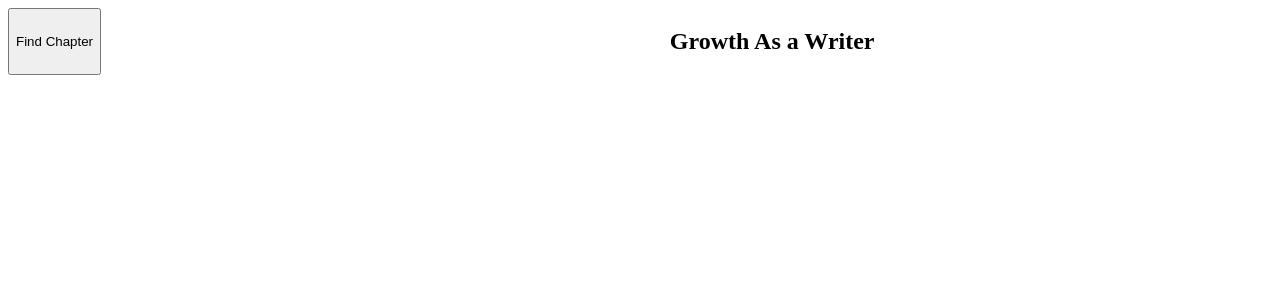
Repository: jpaisiem/WP-4
Page: index.html
The author's editor kept a copy of each file at every save. The page is drawn from the files as they stood at one save, then again after the next save.
The browser window is 1280 px wide. The pictures show the whole page.

Above is the page before, as saved 2025-04-29 11:50:31.

After the next save:
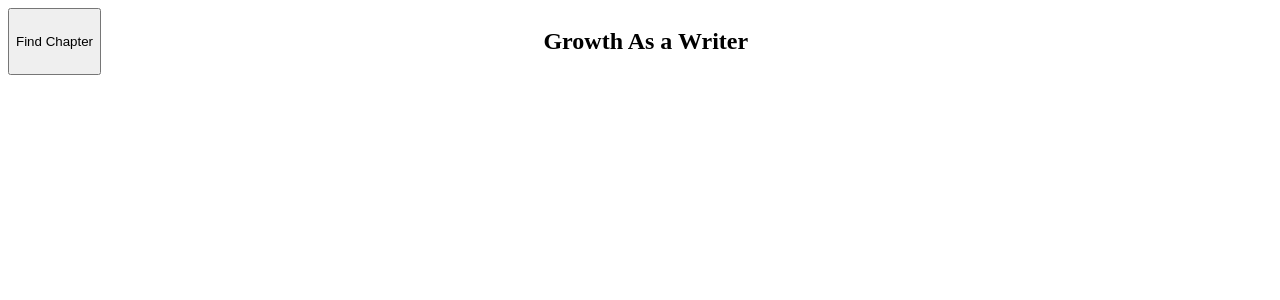
Saved 5 s later.
--- a/index.html
+++ b/index.html
@@ -66,7 +66,7 @@
 
 
 
-<div class="popup" onclick="myFunction()" style=" text-align: left; display: flex; flex-direction: row;"><button style="margin-right: 45%">Find Chapter</button><h2>Growth As a Writer</h2>
+<div class="popup" onclick="myFunction()" style=" text-align: left; display: flex; flex-direction: row;"><button style="margin-right: 35%">Find Chapter</button><h2>Growth As a Writer</h2>
   <span class="popuptext" id="myPopup"> <table>
     <tr>
       <td><a href="#">Chapter 1</a></td>
